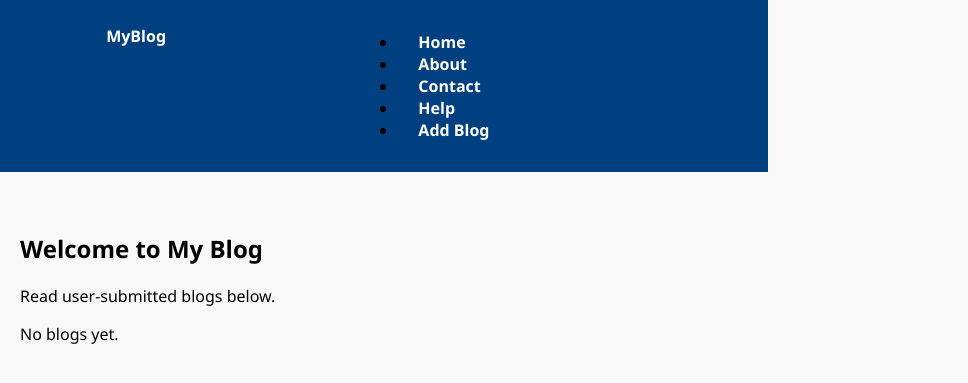
Repository: ankitg-02/FLASK
Page: http://localhost/
An editor plug-in stored every save of this project. The page is shown before and after the next save, followed by the edit.
The browser window is 768 px wide. The page is 768 px wide, then 968 px, so the pictures cover 968 px, including what lies to the right of the window. The pictures show the whole page.
The page is served by the project's application, run on Flask 3 (app.py).

Above is the page before, as saved 2025-05-19 13:23:02.

After the next save:
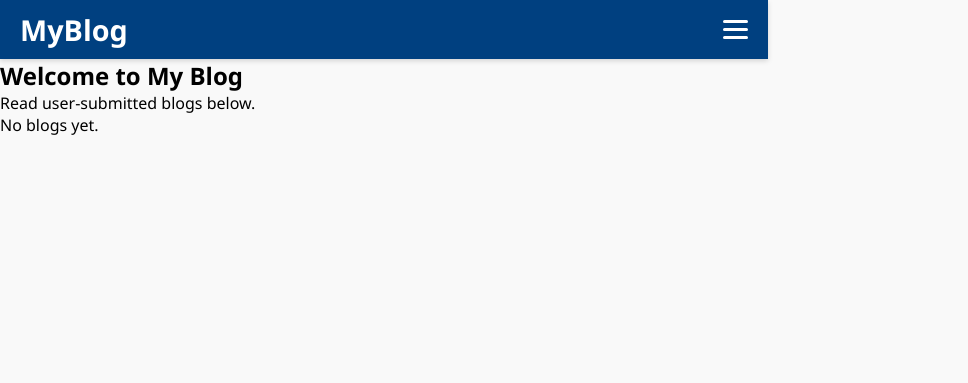
Saved 11 s later.
--- a/Project2/static/css/style.css
+++ b/Project2/static/css/style.css
@@ -1,37 +1,136 @@
-body {
-    font-family: 'Segoe UI', sans-serif;
-    background-color: #f9f9f9;
-    margin: 0;
-    padding: 0;
+/* Reset */
+* {
+  margin: 0;
+  padding: 0;
+  box-sizing: border-box;
 }
 
+body {
+  font-family: 'Segoe UI', Tahoma, Geneva, Verdana, sans-serif;
+  background-color: #f9f9f9;
+}
+
+/* Navbar container */
 .navbar {
-    background-color: #004080;
-    padding: 15px 0;
+  background-color: #004080;
+  padding: 10px 20px;
+  box-shadow: 0 2px 5px rgba(0,0,0,0.15);
+  position: sticky;
+  top: 0;
+  z-index: 1000;
 }
 
 .nav-container {
-    max-width: 1000px;
-    margin: auto;
-    display: flex;
-    justify-content: space-around;
-    flex-wrap: wrap;
+  max-width: 1100px;
+  margin: auto;
+  display: flex;
+  justify-content: space-between;
+  align-items: center;
 }
 
-.nav-container a {
-    color: #fff;
-    text-decoration: none;
-    padding: 10px 20px;
-    font-weight: 600;
+/* Logo */
+.nav-logo {
+  color: #fff;
+  font-size: 1.8rem;
+  font-weight: bold;
+  text-decoration: none;
 }
 
-.nav-container a:hover {
-    background-color: #002f5f;
-    border-radius: 5px;
+/* Menu */
+.nav-menu {
+  list-style: none;
+  display: flex;
+  gap: 15px;
 }
 
-main {
-    max-width: 900px;
-    margin: 20px auto;
-    padding: 20px;
+.nav-menu li {
+  /* no extra style */
 }
+
+.nav-link {
+  color: #fff;
+  text-decoration: none;
+  font-weight: 600;
+  padding: 8px 12px;
+  border-radius: 4px;
+  transition: background-color 0.3s ease;
+}
+
+.nav-link:hover {
+  background-color: #002f5f;
+}
+
+/* Special button style for Add Blog */
+.nav-link-button {
+  background-color: #0080ff;
+  padding: 8px 16px;
+  border-radius: 25px;
+}
+
+.nav-link-button:hover {
+  background-color: #005bb5;
+}
+
+/* Hamburger menu toggle button - hidden on desktop */
+.nav-toggle {
+  display: none;
+  flex-direction: column;
+  cursor: pointer;
+  gap: 5px;
+}
+
+.nav-toggle span {
+  display: block;
+  width: 25px;
+  height: 3px;
+  background-color: white;
+  border-radius: 3px;
+  transition: 0.3s;
+}
+
+/* Hamburger active animation */
+.nav-toggle_active span:nth-child(1) {
+  transform: rotate(45deg) translate(5px, 5px);
+}
+
+.nav-toggle_active span:nth-child(2) {
+  opacity: 0;
+}
+
+.nav-toggle_active span:nth-child(3) {
+  transform: rotate(-45deg) translate(5px, -5px);
+}
+
+/* Responsive - mobile styles */
+@media (max-width: 768px) {
+  .nav-toggle {
+    display: flex;
+  }
+
+  .nav-menu {
+    position: absolute;
+    top: 58px;
+    right: 0;
+    background-color: #004080;
+    flex-direction: column;
+    width: 200px;
+    padding: 15px 0;
+    border-radius: 0 0 0 10px;
+    box-shadow: 0 4px 8px rgba(0,0,0,0.2);
+    opacity: 0;
+    pointer-events: none;
+    transform: translateX(100%);
+    transition: transform 0.3s ease, opacity 0.3s ease;
+  }
+
+  .nav-menu.nav-menu_visible {
+    opacity: 1;
+    pointer-events: auto;
+    transform: translateX(0);
+  }
+
+  .nav-menu li {
+    margin: 10px 0;
+    text-align: center;
+  }
+}
